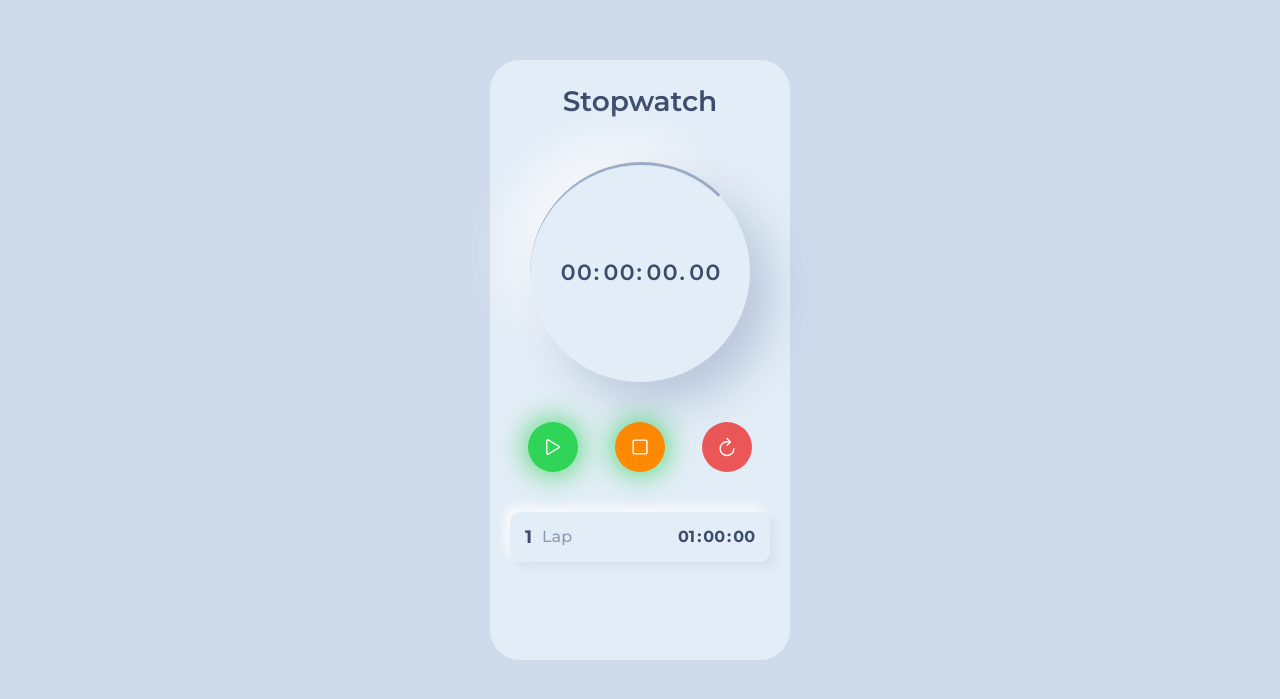
Repository: dinhtri123/stopwatch
Page: index.html
An editor plug-in stored every save of this project. The page is shown before and after the next save, followed by the edit.
The browser window is 1280 px wide. The pictures show the whole page.

Above is the page before, as saved 2023-01-05 09:50:56.

After the next save:
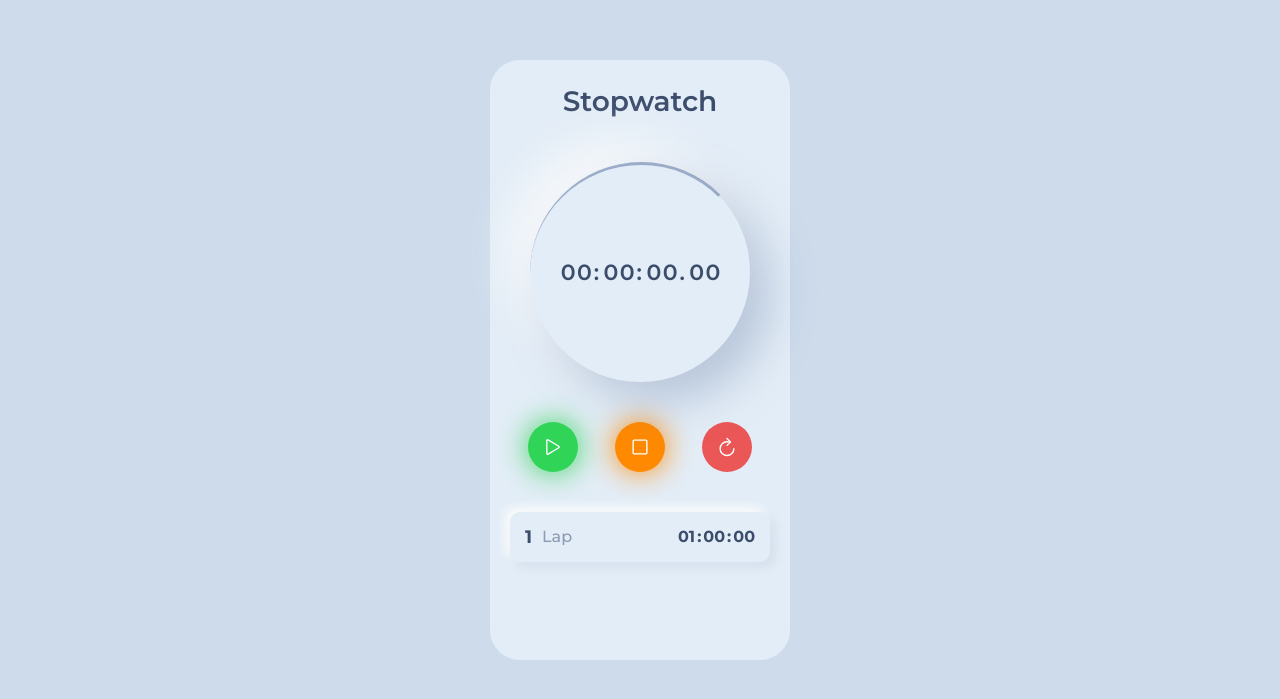
Saved 6 s later.
--- a/style.css
+++ b/style.css
@@ -100,7 +100,7 @@ button {
 }
 .btn-stop {
   background: #ff8900;
-  box-shadow: 0px 0px 30px #30d456fd;
+  box-shadow: 0px 0px 30px #ff8900;
   user-select: none;
   cursor: not-allowed;
 }
